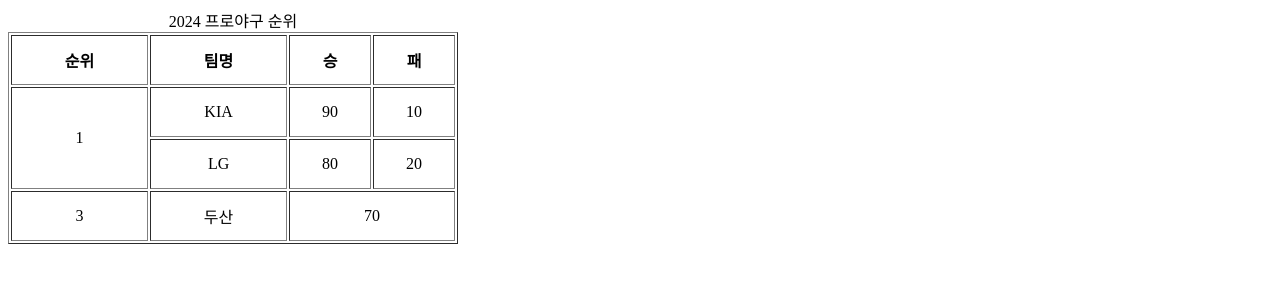
Repository: Cheol-Cheol/KOSA
Page: Kcc_web/Html/WebContent/mission/2.html
An editor plug-in stored every save of this project. The page is shown before and after a run of saves, followed by the edit.
The browser window is 1280 px wide. The pictures show the whole page.

Above is the page before, as saved 2024-07-08 05:32:23.

After the next 2 saves:
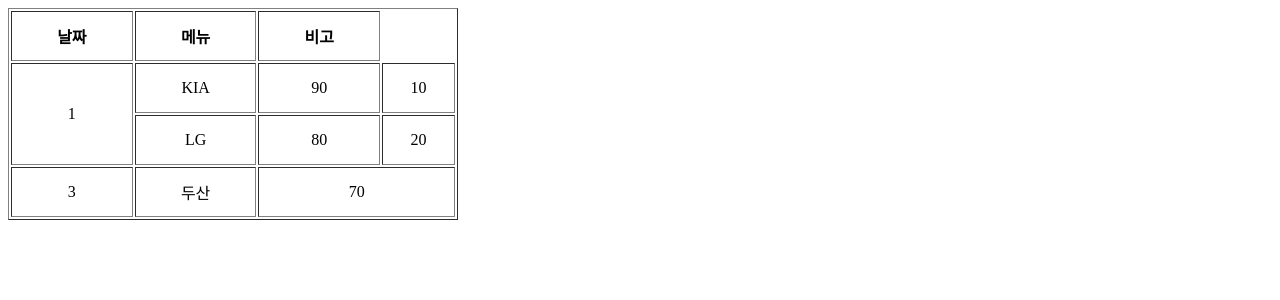
The 2 saves are shown as one change because they came seconds apart.
The last was saved 25 s later.
--- a/Kcc_web/Html/WebContent/mission/2.html
+++ b/Kcc_web/Html/WebContent/mission/2.html
@@ -6,13 +6,11 @@
 </head>
 <body>
 	<table width="450" border="1">
-		<caption>2024 프로야구 순위</caption>
 		<thead>
 			<tr height="50" align="center">
-				<th>순위</th>
-				<th>팀명</th>
-				<th>승</th>
-				<th>패</th>
+				<th>날짜</th>
+				<th>메뉴</th>
+				<th>비고</th>
 			</tr>
 		</thead>
 		<tbody>
